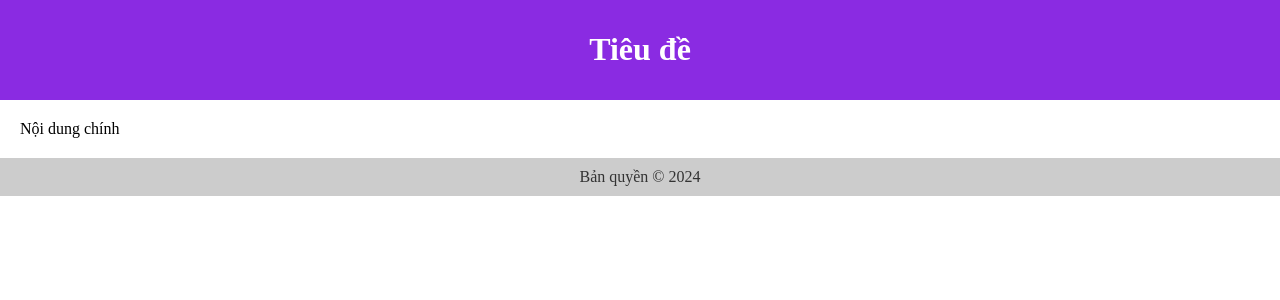
Repository: G1tHub-zer0/BTTH
Page: BTCSS/bai21.html
An editor plug-in stored every save of this project. The page is shown before and after the next save, followed by the edit.
The browser window is 1280 px wide. The pictures show the whole page.

Above is the page before, as saved 2024-03-22 20:03:19.

After the next save:
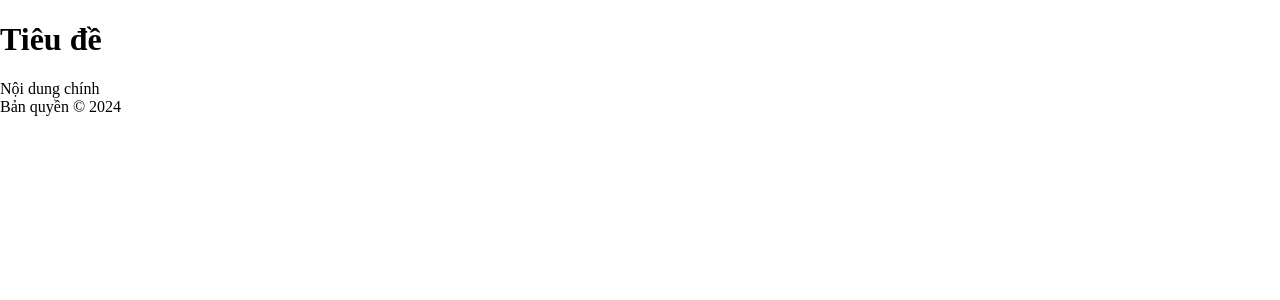
Saved 20 s later.
--- a/BTCSS/bai21.css
+++ b/BTCSS/bai21.css
@@ -3,7 +3,8 @@ body {
   padding: 0;
   box-sizing: border-box;
 }
-header {
+/* Layout 1 */
+/* header {
   background-color: blueviolet;
   color: #fff;
   padding: 10px;
@@ -17,4 +18,6 @@ footer {
   color: #333;
   padding: 10px;
   text-align: center;
-}
+} */
+
+/* Layout 2 */
